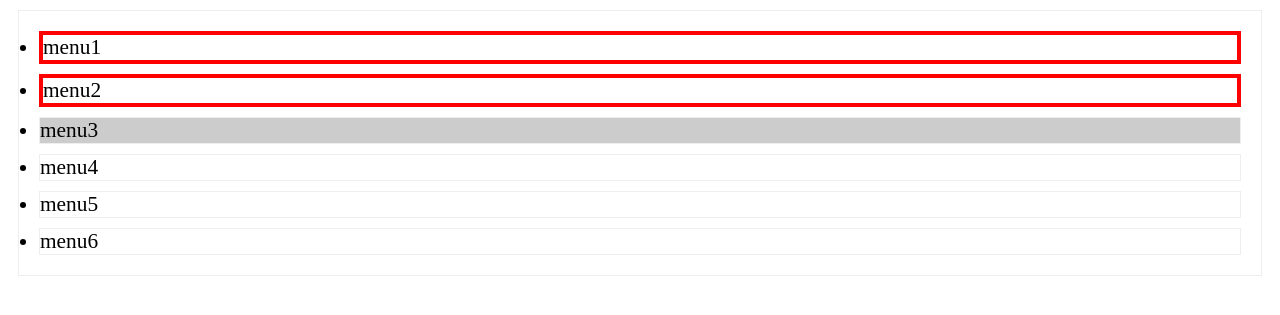
Repository: swc0516s/EZEN-JS
Page: JavaScript Workspace Lecture/JavaScript_jQuery_03/WebContent/Chapter03/3_10.html
The author's editor kept a copy of each file at every save. The page is drawn from the files as they stood at one save, then again after the next save.
The browser window is 1280 px wide. The pictures show the whole page.

Above is the page before, as saved 2022-03-18 02:09:04.

### JavaScript Workspace Lecture/JavaScript_jQuery_03/WebContent/Chapter03/3_10.html
<!DOCTYPE html>
<html>
<head>
<meta charset="UTF-8">
<title>Insert title here</title>
<style type="text/css">
body {
	font-size: 16pt;
	font-family: "굴림";
}

div, p, ul, li {
	border: 1px #eeeeee solid;
	margin: 10px;
}

ul {
	padding: 10px;
}

li.select {
	background-color: #ccc;
}
</style>
<script type="text/javascript" src="../libs/jquery-3.6.0.min.js"></script>
<script type="text/javascript">
	// select 클래스가 적용된 노드의 바로 앞의 이전노드(menu2)를 찾아 border속성을("4px solid #f00")으로 변경
	$(document).ready(function() {
		var menu = $("ul.menu li.select");
		menu.prevAll().css("border", "4px solid #f00");
	});
</script>
</head>
<body>
	<ul class="menu">
		<li>menu1</li>
		<li>menu2</li>
		<li class="select">menu3</li>
		<li>menu4</li>
		<li>menu5</li>
		<li>menu6</li>
	</ul>
</body>
</html>

Loaded but not shown: JavaScript Workspace Lecture/JavaScript_jQuery_03/WebContent/libs/jquery-3.6.0.min.js (library)

After the next save:
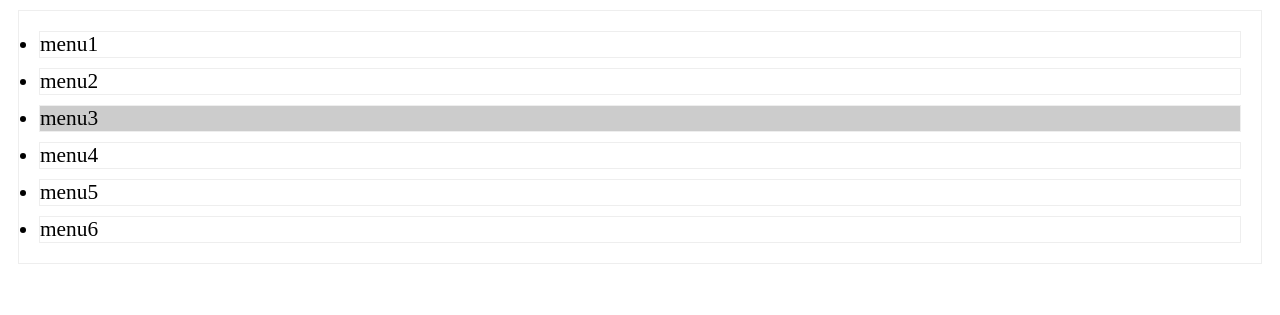
Console error: ReferenceError: menu is not defined
Saved 46 s later.
--- a/JavaScript Workspace Lecture/JavaScript_jQuery_03/WebContent/Chapter03/3_10.html
+++ b/JavaScript Workspace Lecture/JavaScript_jQuery_03/WebContent/Chapter03/3_10.html
@@ -26,7 +26,7 @@
 <script type="text/javascript">
 	// select 클래스가 적용된 노드의 바로 앞의 이전노드(menu2)를 찾아 border속성을("4px solid #f00")으로 변경
 	$(document).ready(function() {
-		var menu = $("ul.menu li.select");
+		var select = $("ul.menu li.select");
 		menu.prevAll().css("border", "4px solid #f00");
 	});
 </script>

After the save that followed:
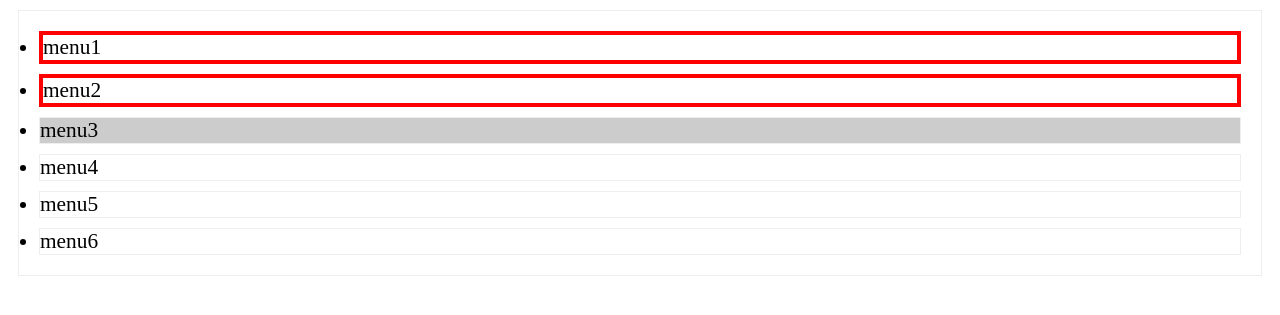
The error is gone.
Saved 5 s later.
--- a/JavaScript Workspace Lecture/JavaScript_jQuery_03/WebContent/Chapter03/3_10.html
+++ b/JavaScript Workspace Lecture/JavaScript_jQuery_03/WebContent/Chapter03/3_10.html
@@ -27,7 +27,7 @@
 	// select 클래스가 적용된 노드의 바로 앞의 이전노드(menu2)를 찾아 border속성을("4px solid #f00")으로 변경
 	$(document).ready(function() {
 		var select = $("ul.menu li.select");
-		menu.prevAll().css("border", "4px solid #f00");
+		select.prevAll().css("border", "4px solid #f00");
 	});
 </script>
 </head>
